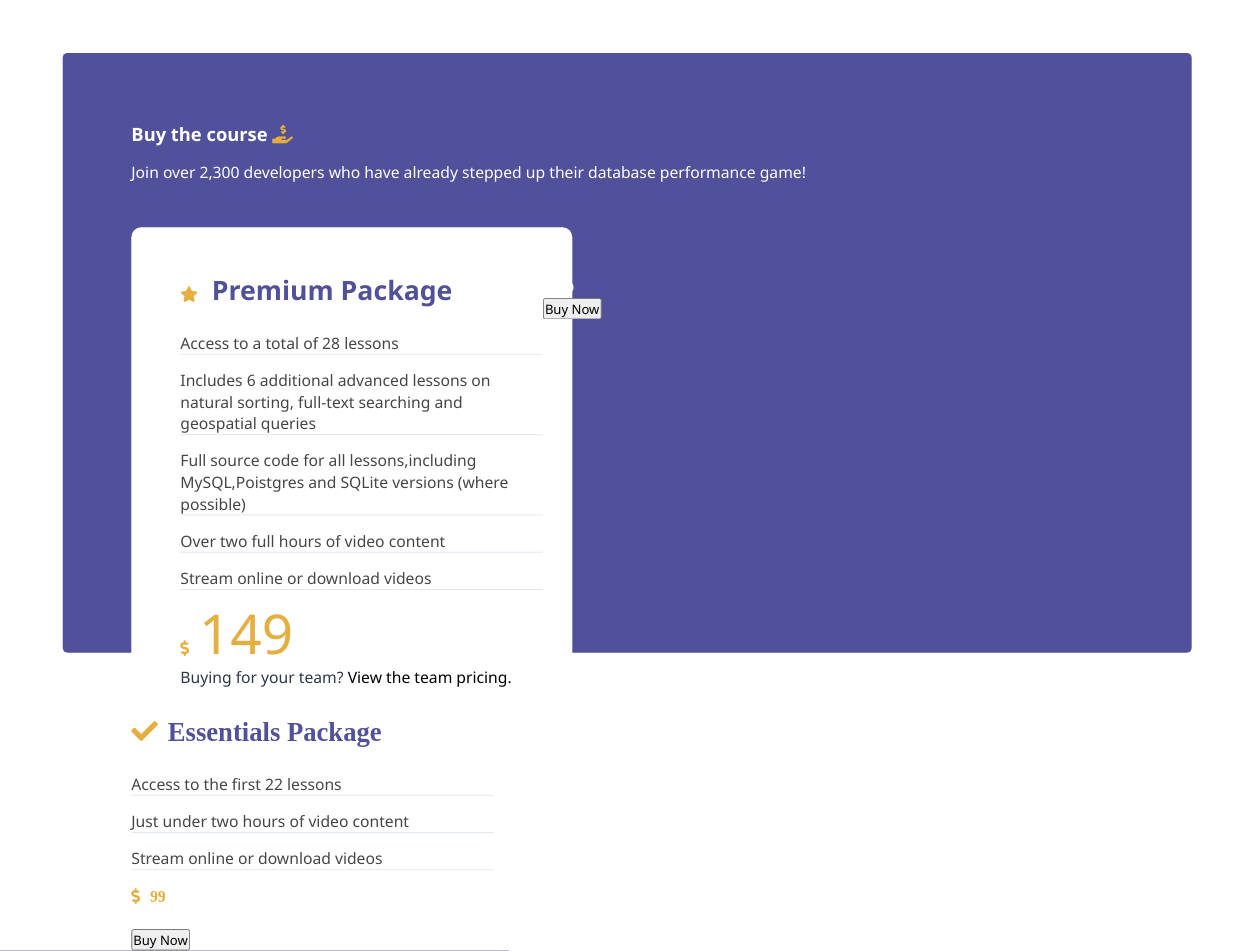
Repository: Z-ayat/Challenges
Page: Challenge 4/index.html
These files come from the project's save history. The page is drawn as it stood at one moment and after the next save; the edit follows.
The browser window is 1280 px wide. The pictures show the whole page, at 98% of full size.

Above is the page before, as saved 2021-09-07 01:48:33.

### Challenge 4/index.html
<!DOCTYPE html>

<head>
    <meta charset="UTF-8">
    <title>Course Offer Box</title>
    <link rel="stylesheet" href="styling/css/master.css">
    <link rel="stylesheet" href="styling/css/all.min.css">
    <link rel="preconnect" href="https://fonts.googleapis.com">
    <link rel="preconnect" href="https://fonts.gstatic.com" crossorigin>
    <link href="https://fonts.googleapis.com/css2?family=Cairo:wght@400;600;700;900&display=swap" rel="stylesheet">
</head>

<body>
    <div class="container">
        <div class="layout">
            <div class="head">
                <h3>Buy the course <i class="fas fa-hand-holding-usd" style="color: #FFC83D;"></i></h3>
                <p class="join">Join over 2,300 developers who have already stepped up their database performance game!</p>
            </div>
            <div class="prem-pack">
                <i class="fas fa-star">
                    <p class="headtitle">Premium Package</p>
                </i>
                <p class="specs">Access to a total of 28 lessons</p>
                <p class="specs"><span class="import">Includes 6 additional advanced lessons</span> on natural sorting, full-text searching and geospatial queries</p>
                <p class="specs"><span class="import"> Full source code for all lessons,</span>including MySQL,Poistgres and SQLite versions (where possible)</span>
                </p>
                <p class="specs">Over two full hours of video content</p>
                <p class="specs">Stream online or download videos</p>
                <i class="fas fa-dollar-sign"><span class="price">149</span></i>
                <p class="usd">USD</p>
                <button>Buy Now</button>
                <p class="buyalign">Buying for your team? <a href="#">View the team pricing.</a></p>
            </div>
            <div class="ess-pack">
                <p class="headtitle fas fa-check">Essentials Package</p>
                <p class="specs"><span class="import">Access to the first 22 lessons</span></p>
                <p class="specs">Just under two hours of video content</p>
                <p class="specs">Stream online or download videos</p>
                <i class="fas fa-dollar-sign">99</i>
                <p class="usd">USD</p>
                <button>Buy Now</button>
            </div>
        </div>
</body>

</html>

### Challenge 4/styling/css/master.css
* {
    box-sizing: border-box;
    padding: 0;
    margin: 0;
    font-family: 'Segoe UI', Tahoma, Geneva, Verdana, sans-serif;
}

*::before {
    display: inline-block;
    color: #E5AF40;
    margin-right: 10px;
}

*::after {
    display: inline-block;
    color: #E5AF40;
}

a,
a:focus {
    text-decoration: none;
    cursor: default;
    color: black;
    font-weight: 500;
}

span {
    font-weight: 500;
    display: inline-block !important;
}

:root {
    --clrbg: #51509B;
    --clrhead: #404B5F;
    --clrprice: #4A5568;
    --clrbodyfont: #FFFFFF;
    --facolor: #E5AF40;
    --packb4bordshdw: #FFEABE;
    --clrspecs: #000000ba;
}

body {
    display: flex;
    justify-content: center;
    align-items: center;
    height: 100vh;
}

.container {
    display: grid;
    width: 90%;
    height: 85%;
    background-color: var(--clrbg);
    border-radius: 5px;
    color: var(--clrbodyfont);
    padding: 70px 70px;
}

.head {
    margin-bottom: 45px;
}

.head h3 {
    margin-bottom: 1rem;
    font-size: 2..5rem;
}

.price {
    font-size: 3.5rem;
}

.prem-pack {
    background-color: #FFFFFF;
    height: 500px;
    width: 450px;
    padding: 50px;
    border-radius: 10px;
    display: flex;
    flex-flow: wrap column;
    align-items: flex-start;
    position: relative;
    -webkit-border-radius: 10px;
    -moz-border-radius: 10px;
    -ms-border-radius: 10px;
    -o-border-radius: 10px;
}

.specs {
    width: 35px;
    margin-bottom: 15px;
    overflow-wrap: break-word;
    width: 370px;
    border-bottom: solid 1px #E2E8F0;
    color: var(--clrspecs);
}

.headtitle {
    font-weight: 600;
    color: var(--clrbg) !important;
    font-size: 1.7rem;
    margin-bottom: 30px;
    display: inline-block;
}

.buyalign {
    text-justify: auto;
    color: #2D3748;
    position: absolute;
    float: left;
    bottom: 30px;
    left: 50px;
}

.fas {
    color: var(--facolor)
}

.fa-dollar-sign:before {
    top: 1px;
}

Loaded but not shown: Challenge 4/styling/css/all.min.css (library)

After the next save:
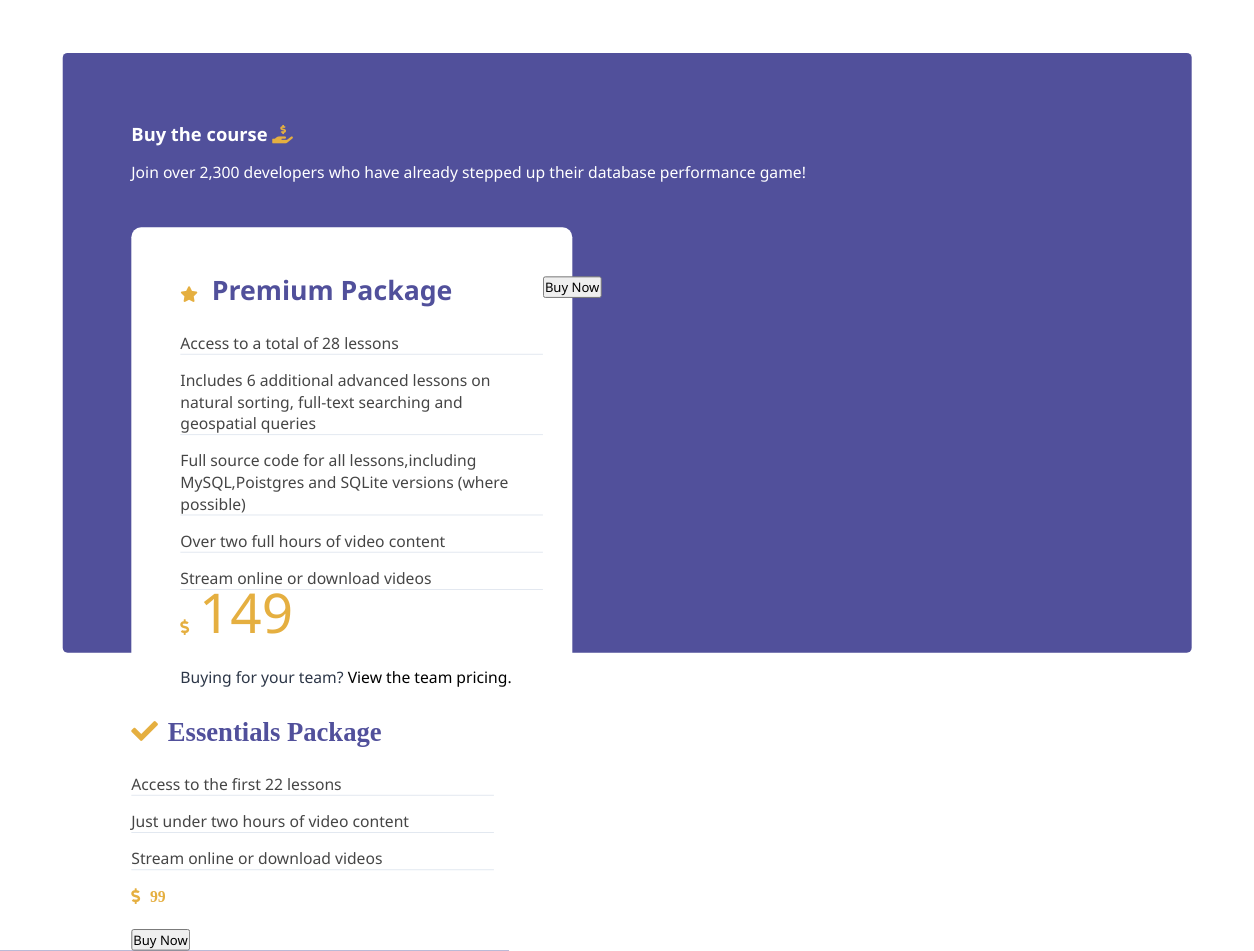
Saved 29 s later.
--- a/Challenge 4/styling/css/master.css
+++ b/Challenge 4/styling/css/master.css
@@ -115,6 +115,6 @@
     color: var(--facolor)
 }
 
-.fa-dollar-sign:before {
-    top: 1px;
+.fa-dollar-sign {
+    margin-top: -21px;
 }

After the save that followed:
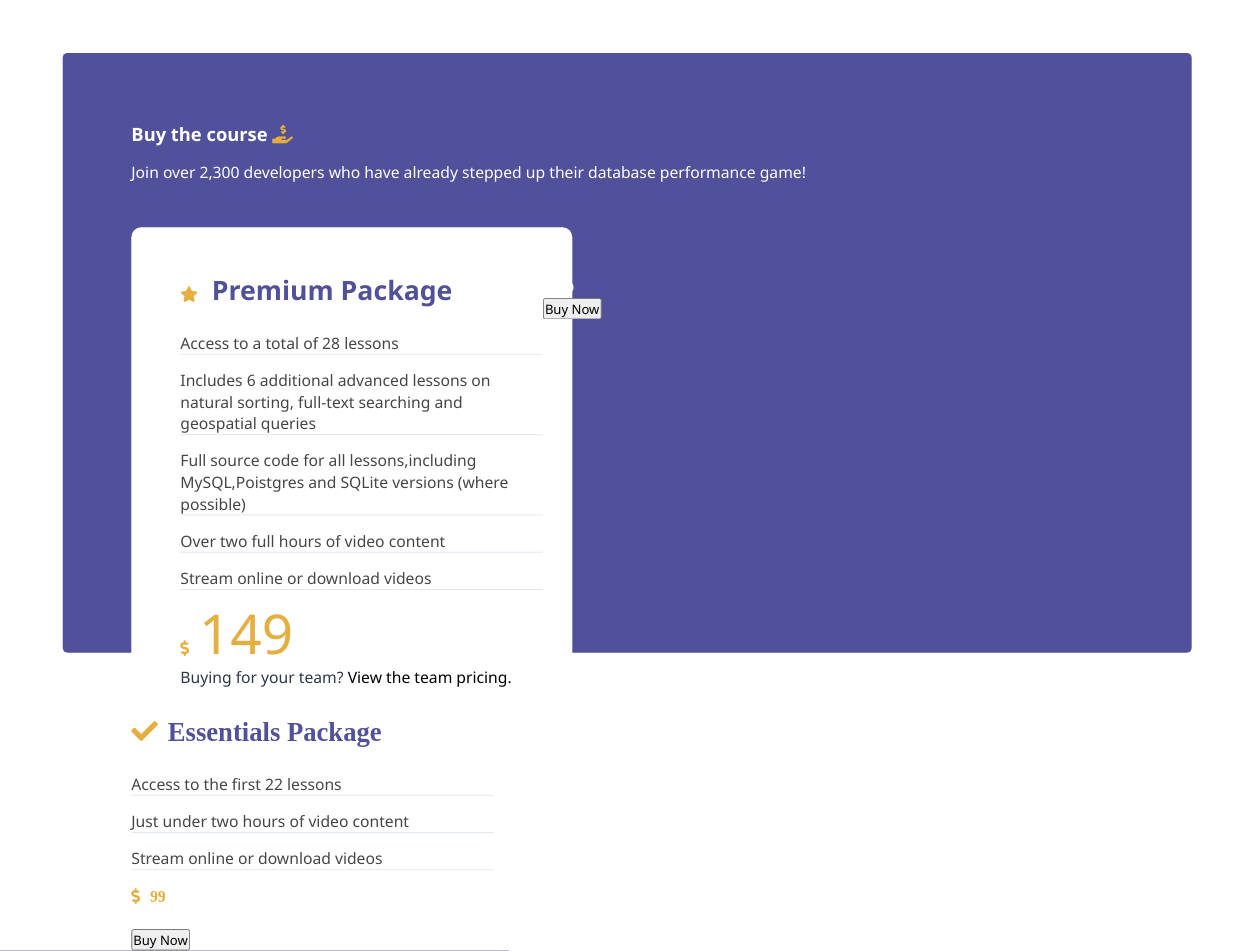
Saved 40 s later.
--- a/Challenge 4/styling/css/master.css
+++ b/Challenge 4/styling/css/master.css
@@ -115,6 +115,6 @@
     color: var(--facolor)
 }
 
-.fa-dollar-sign {
+i .fa-dollar-sign:before {
     margin-top: -21px;
 }
